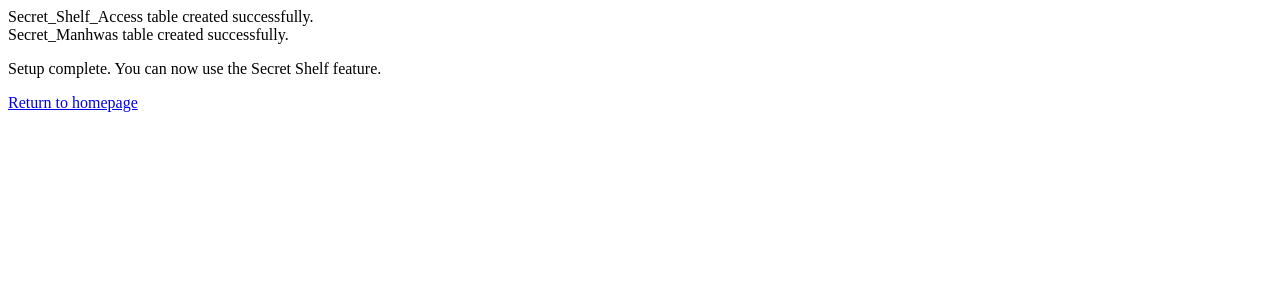
Repository: sodiumbicarbonate-29/TheObscuredIndex
Page: http://localhost/setup_secret_shelf.php
The author's editor kept a copy of each file at every save. The page is drawn from the files as they stood at one save, then again after the next save.
The browser window is 1280 px wide. The pictures show the whole page.
The page is run by PHP 8.4 with error messages shown; the project is at /var/www/html/.

Above is the page before, as saved 2025-05-27 02:54:57.

After the next save:
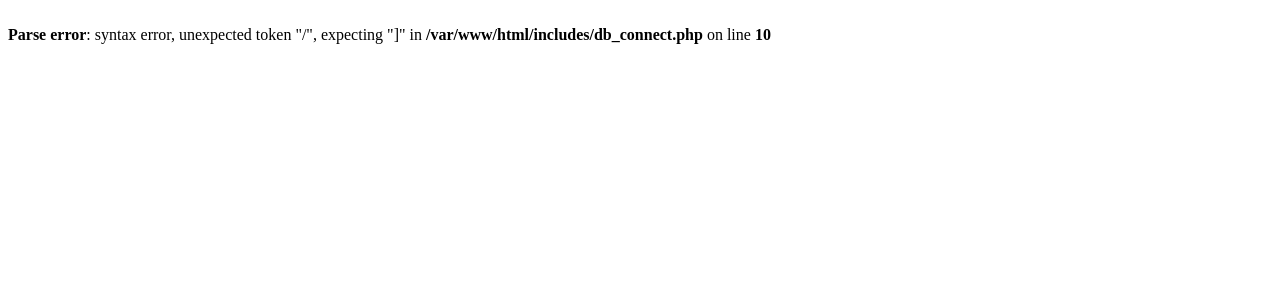
Saved 99 s later.
--- a/includes/db_connect.php
+++ b/includes/db_connect.php
@@ -7,37 +7,40 @@
         'name' => 'TheObscuredIndex'
     ],
     'online' => [
-        'host' => 'localhost',
+        'host' => 'localhost', /
         'user' => 's22800098_TheObscuredIndex',
         'pass' => 'TheObscuredIndex',
         'name' => 's22800098_TheObscuredIndex'
     ]
 ];
 
-$environment = ($_SERVER['SERVER_NAME'] == 'localhost' || $_SERVER['SERVER_ADDR'] == '127.0.0.1') ? 'local' : 'online';
-
-error_log("Server Name: " . $_SERVER['SERVER_NAME']);
-error_log("Server Address: " . $_SERVER['SERVER_ADDR']);
-error_log("Using environment: " . $environment);
+if (isset($_SERVER['SERVER_NAME']) && $_SERVER['SERVER_NAME'] == 'theobscuredindex.cism.org') {
+    $environment = 'online';
+} else if (isset($_SERVER['SERVER_NAME']) && ($_SERVER['SERVER_NAME'] == 'localhost' || $_SERVER['SERVER_NAME'] == '127.0.0.1')) {
+    $environment = 'local';
+} else if (isset($_SERVER['SERVER_ADDR']) && $_SERVER['SERVER_ADDR'] == '127.0.0.1') {
+    $environment = 'local';
+} else {
+    $environment = 'online';
+}
 
 $config = $db_config[$environment];
 
-try {
-    $conn = mysqli_connect($config['host'], $config['user'], $config['pass'], $config['name']);
+$conn = @mysqli_connect($config['host'], $config['user'], $config['pass'], $config['name']);
 
-    if (!$conn) {
-        throw new Exception(mysqli_connect_error());
-    }
-
-    mysqli_set_charset($conn, "utf8mb4");
-} catch (Exception $e) {
-    error_log("Database connection failed: " . $e->getMessage());
+if (!$conn) {
+    error_log("Database connection failed: " . mysqli_connect_error());
 
     echo "<div style='color:red; padding:20px; margin:20px; border:1px solid red; background:#fff;'>";
     echo "<h3>Connection Error</h3>";
-    echo "<p>We're experiencing technical difficulties connecting to the database. Please try again later.</p>";
-    echo "<p>Error details (for admin): " . $e->getMessage() . "</p>";
+    echo "<p>Could not connect to the database. Please check your connection settings.</p>";
+    echo "<p>Server: " . (isset($_SERVER['SERVER_NAME']) ? $_SERVER['SERVER_NAME'] : 'unknown') . "</p>";
+    echo "<p>Environment: " . $environment . "</p>";
+    echo "<p>Error: " . mysqli_connect_error() . "</p>";
     echo "</div>";
     exit;
 }
+
+mysqli_set_charset($conn, "utf8mb4");
 ?>
+?>

After the save that followed:
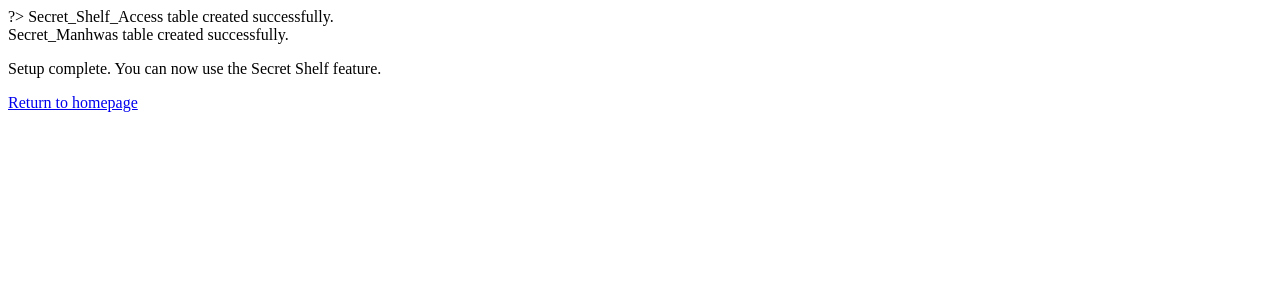
Saved 8 s later.
--- a/includes/db_connect.php
+++ b/includes/db_connect.php
@@ -7,7 +7,7 @@
         'name' => 'TheObscuredIndex'
     ],
     'online' => [
-        'host' => 'localhost', /
+        'host' => 'localhost',
         'user' => 's22800098_TheObscuredIndex',
         'pass' => 'TheObscuredIndex',
         'name' => 's22800098_TheObscuredIndex'
